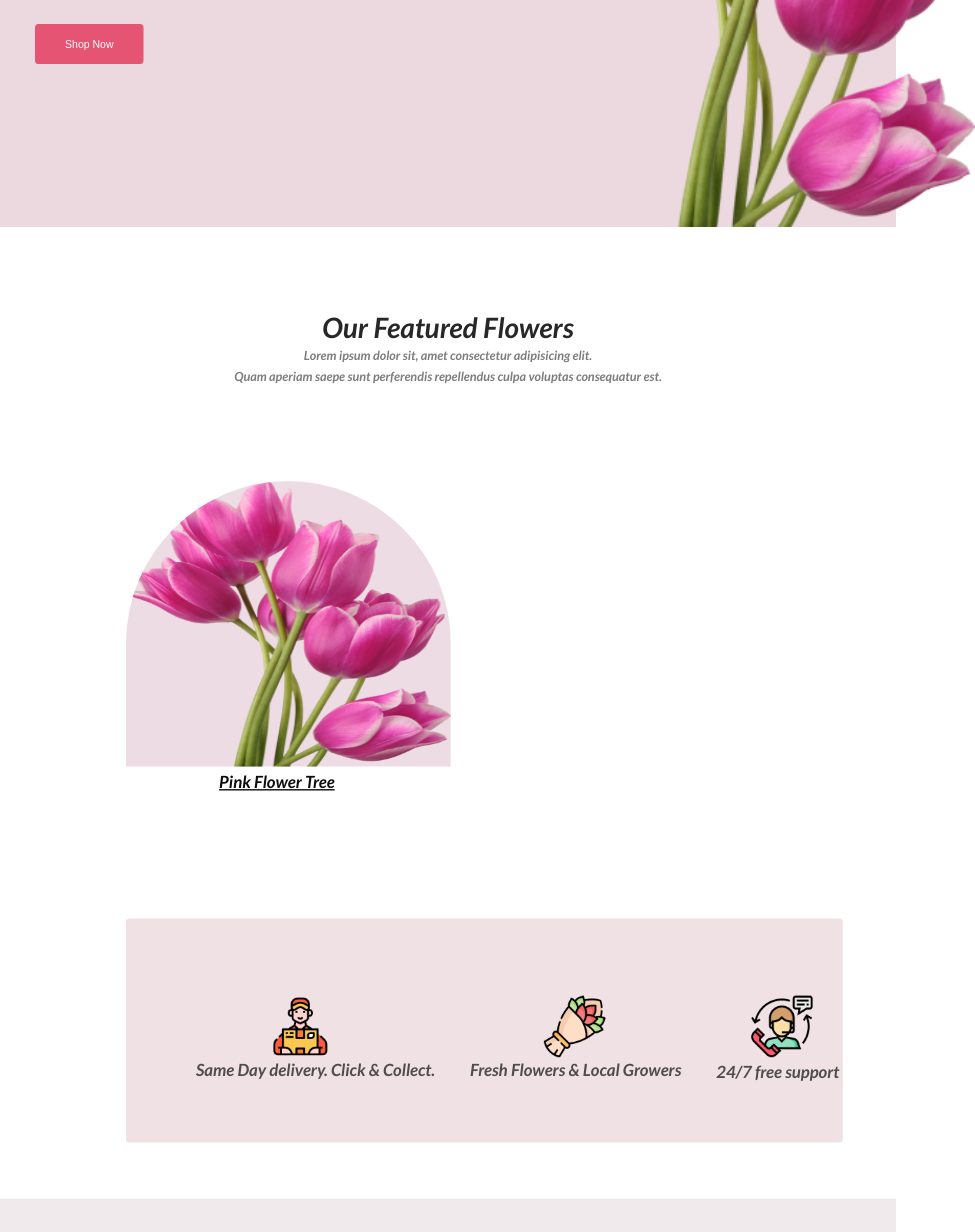
Repository: AnitaAkter/anita-flower-shop
Page: index.html
The author's editor kept a copy of each file at every save. The page is drawn from the files as they stood at one save, then again after the next save.
The browser window is 1280 px wide. The page is 1393 px wide, so the pictures cover 1393 px, including what lies to the right of the window. The pictures show the part of the page from y = 476 to 2236 px (the page is 3766 px tall), at 70% of full size.

Above is the page before, as saved 2023-09-06 20:38:32.

After the next save:
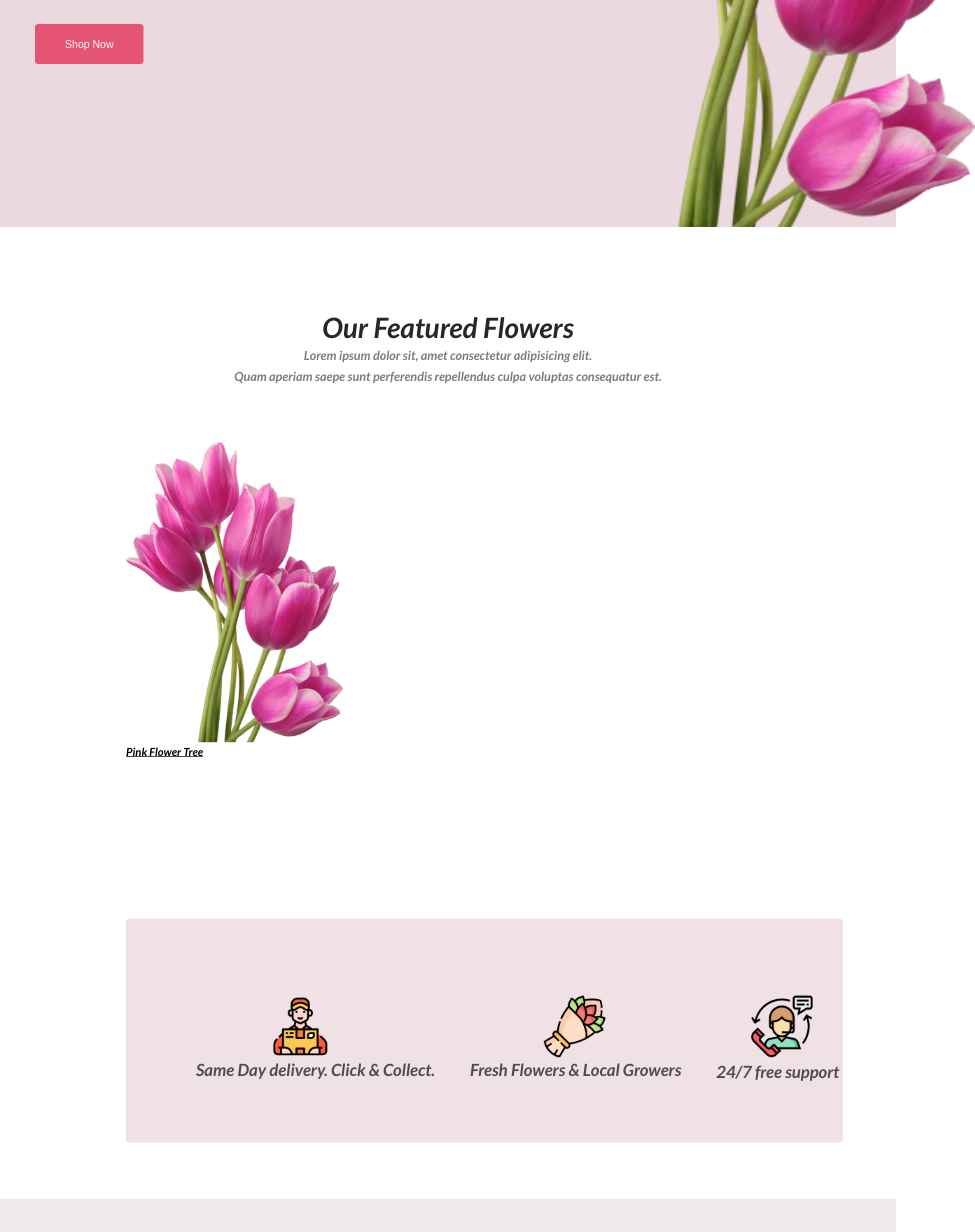
Saved 11 s later.
--- a/index.html
+++ b/index.html
@@ -39,7 +39,7 @@
                 </p>
             </div>
             <div class="flowers-add">
-                <div class="flowers-img">
+                <div>
                     <div class="flowers">
                         <img src="images/pngwing 6.png" alt="">
                         <p> <u>Pink Flower Tree</u> </p>

After the save that followed:
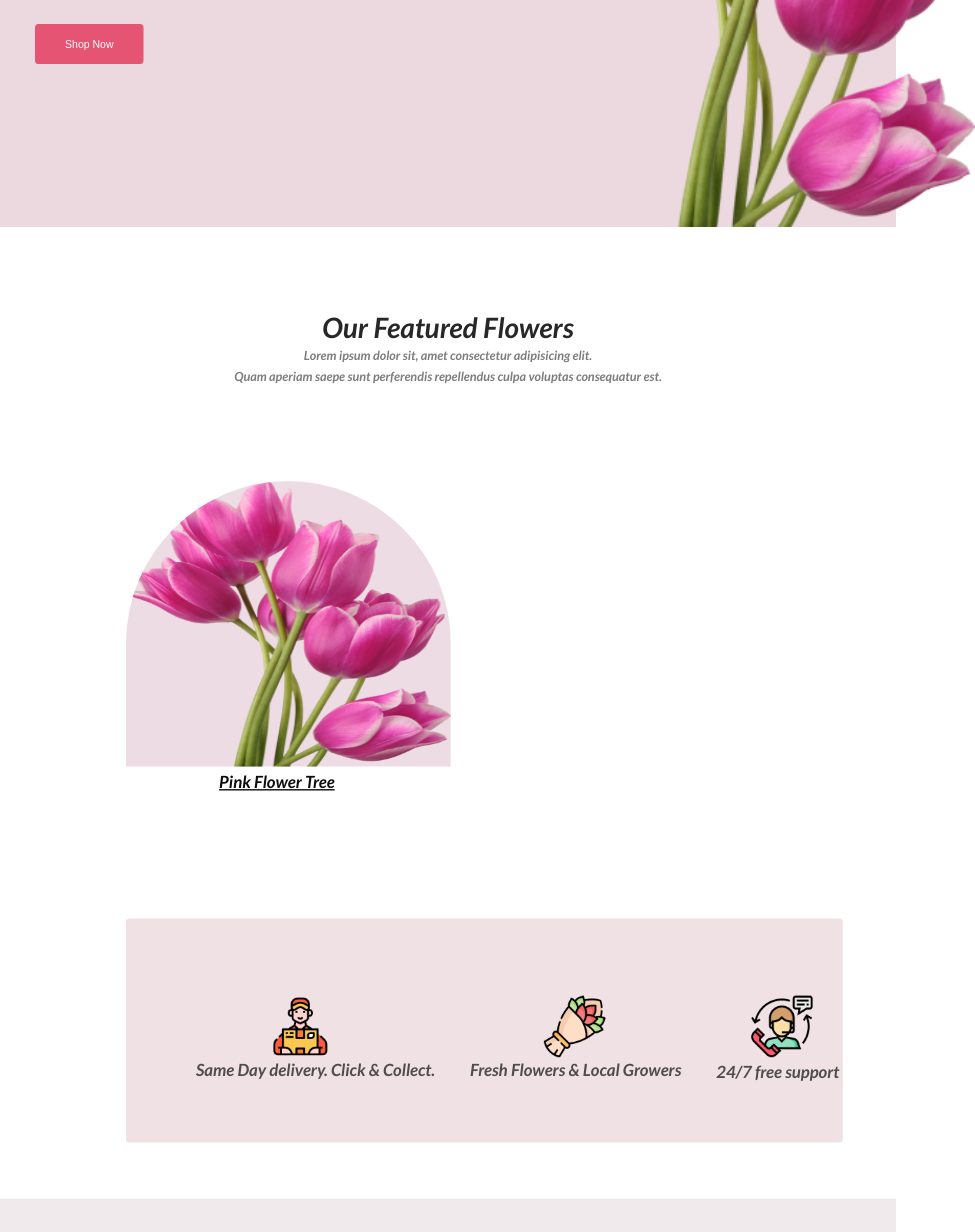
Saved 7 s later.
--- a/index.html
+++ b/index.html
@@ -39,7 +39,7 @@
                 </p>
             </div>
             <div class="flowers-add">
-                <div>
+                <div class="flowers-img">
                     <div class="flowers">
                         <img src="images/pngwing 6.png" alt="">
                         <p> <u>Pink Flower Tree</u> </p>
